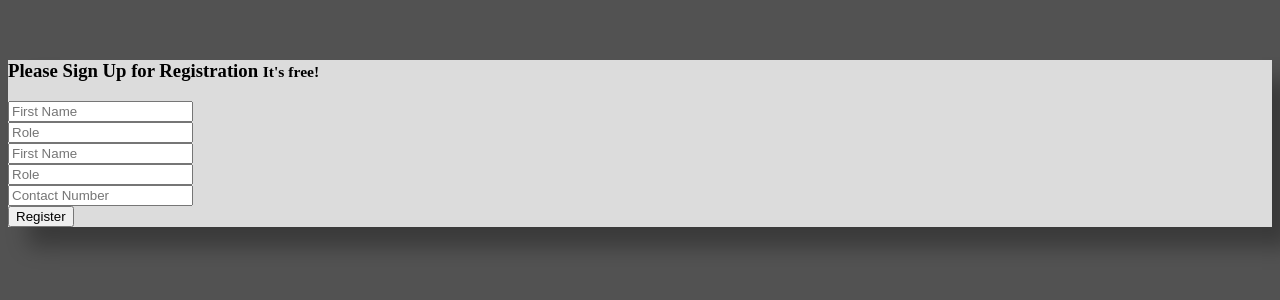
Repository: Abinayasivapraba/ChatProject
Page: FireChat/WebContent/User/Register.html
The author's editor kept a copy of each file at every save. The page is drawn from the files as they stood at one save, then again after the next save.
The browser window is 1280 px wide. The pictures show the whole page.

Above is the page before, as saved 2017-08-13 05:46:48.

### FireChat/WebContent/User/Register.html
 <!DOCTYPE html>
<html>
<head>
<meta charset="ISO-8859-1">
<title>ChatApp</title>
<style>
body{
    background-color: #525252;
}
.centered-form{
	margin-top: 60px;
}

.centered-form .panel{
	background: rgba(255, 255, 255, 0.8);
	box-shadow: rgba(0, 0, 0, 0.3) 20px 20px 20px;
}
</style>
</head>
<body ng-controller="UserController ">
<div class="container">
        <div class="row centered-form">
        <div class="col-xs-12 col-sm-8 col-md-4 col-sm-offset-2 col-md-offset-4">
        	<div class="panel panel-default">
        		<div class="panel-heading">
			    		<h3 class="panel-title">Please Sign Up for Registration <small>It's free!</small></h3>
			 			</div>
			 			<div class="panel-body">
			 			<form ng-submit="addUsers()" name="myForm" class="form-horizontal">


			    			<div class="row">
			    				<div class="col-xs-6 col-sm-6 col-md-6">
			    					<div class="form-group">
			                <input type="text" name="first_name" id="username" class="form-control input-sm" ng-model="username" placeholder="First Name">
			    					</div>
			    				</div>
			    				<div class="col-xs-6 col-sm-6 col-md-6">
			    					<div class="form-group">
			    						<input type="text" name="role" id="role" class="form-control input-sm" ng-model="role" placeholder="Role">
			    					</div>
			    				</div>
			    			</div>

			    			<div class="row">
			    				<div class="col-xs-6 col-sm-6 col-md-6">
			    					<div class="form-group">
			                <input type="text" name="first_name" id="username" class="form-control input-sm" ng-model="username" placeholder="First Name">
			    					</div>
			    				</div>
			    				<div class="col-xs-6 col-sm-6 col-md-6">
			    					<div class="form-group">
			    						<input type="text" name="role" id="role" class="form-control input-sm" ng-model="role" placeholder="Role">
			    					</div>
			    				</div>
			    			</div>
			    			<div class="form-group">
			    				<input type="text" name="contact" id="contact" class="form-control input-sm" ng-model="contact" placeholder="Contact Number">
			    			</div>



			    			<button type="submit" class="btn btn-success btn-block" >Register</button>
			    			</form>


			    	</div>
	    		</div>
    		</div>
    	</div>
    </div>
</body>
</html>

After the next save:
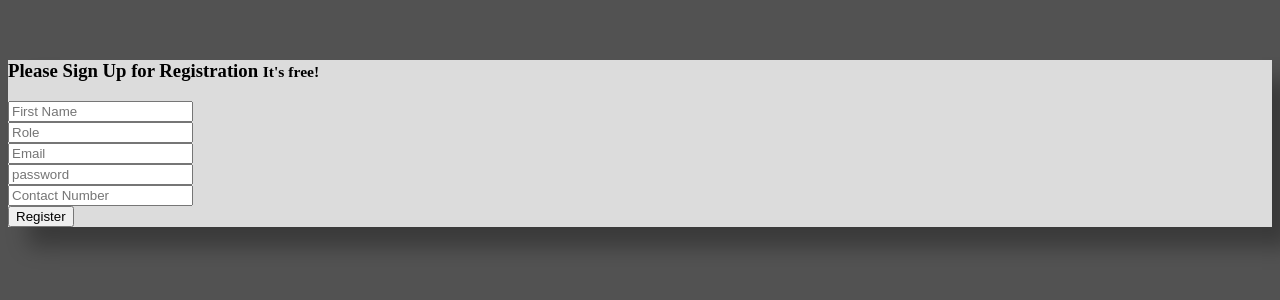
Saved 96 s later.
--- a/FireChat/WebContent/User/Register.html
+++ b/FireChat/WebContent/User/Register.html
@@ -45,12 +45,12 @@ body{
 			    			<div class="row">
 			    				<div class="col-xs-6 col-sm-6 col-md-6">
 			    					<div class="form-group">
-			                <input type="text" name="first_name" id="username" class="form-control input-sm" ng-model="username" placeholder="First Name">
+			                <input type="email" name="email" id="username" class="form-control input-sm" ng-model="email" placeholder="Email">
 			    					</div>
 			    				</div>
 			    				<div class="col-xs-6 col-sm-6 col-md-6">
 			    					<div class="form-group">
-			    						<input type="text" name="role" id="role" class="form-control input-sm" ng-model="role" placeholder="Role">
+			    						<input type="password" name="password" id="password" class="form-control input-sm" ng-model="password" placeholder="password">
 			    					</div>
 			    				</div>
 			    			</div>
